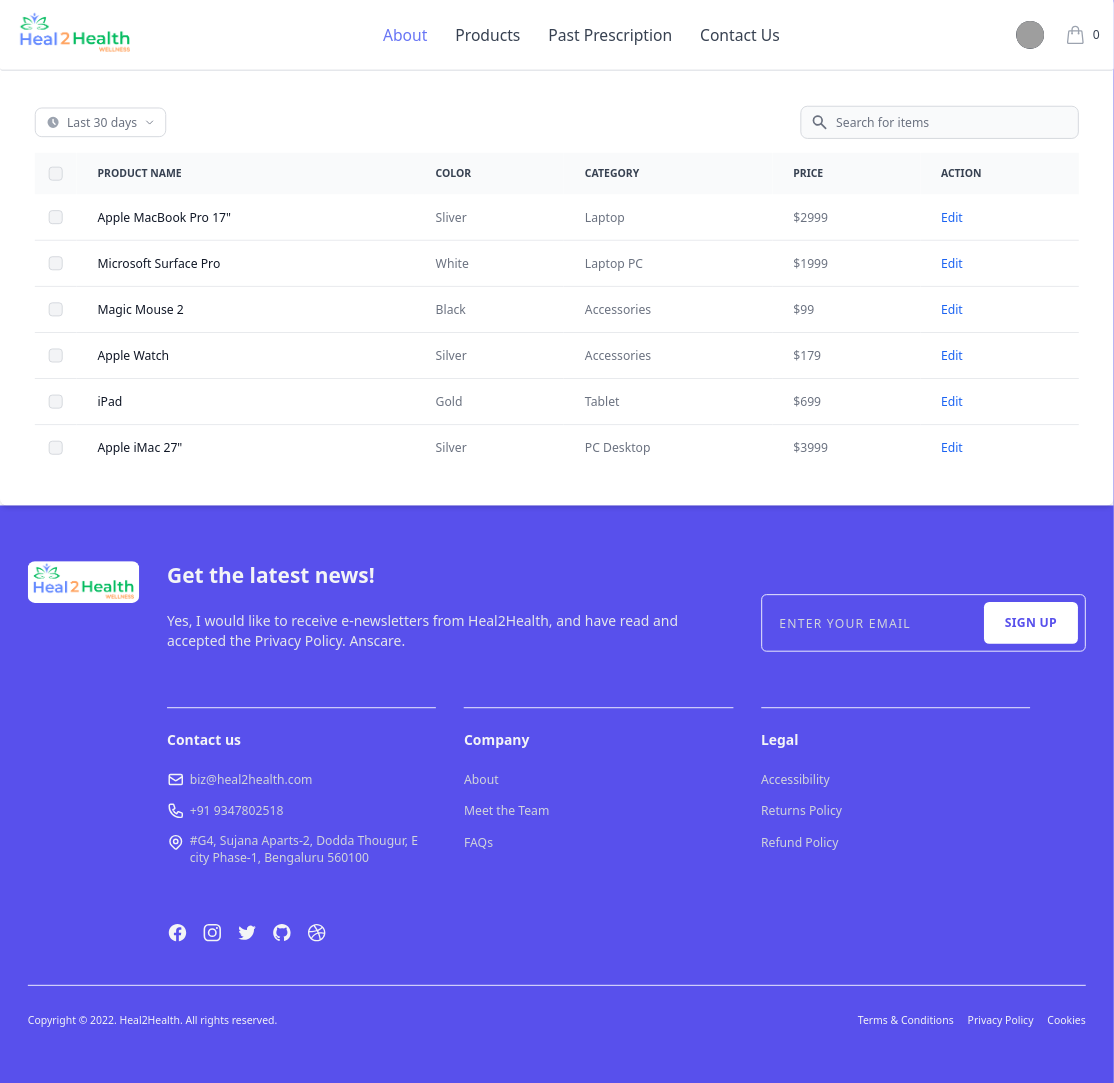
Repository: Akash123-coder/H2H
Page: /PastPrescription (app in Frontend/)
These files come from the project's save history. The page is drawn as it stood at one moment and after a run of saves; the edit follows.
The browser window is 1280 px wide. The pictures show the whole page, at 87% of full size.
Pictures or frames that could not be fetched are drawn as grey boxes. An inner scrolling area shows only its first screen. The project was rebuilt for these pictures with package versions that can differ from the ones it lists, and the page was loaded fresh each time. Also part of the build but not shown: Frontend/vite.config.ts, Frontend/src/pages/About.tsx, Frontend/src/components/Cta.jsx, Frontend/src/pages/Home.jsx, Frontend/src/components/Buttonsm.tsx, Frontend/src/components/Buttonrm.tsx, Frontend/src/components/Product.tsx, Frontend/src/pages/Prescription.jsx and 2 more.

Above is the page before, as saved 2022-09-28 16:43:40.

After the next 2 saves:
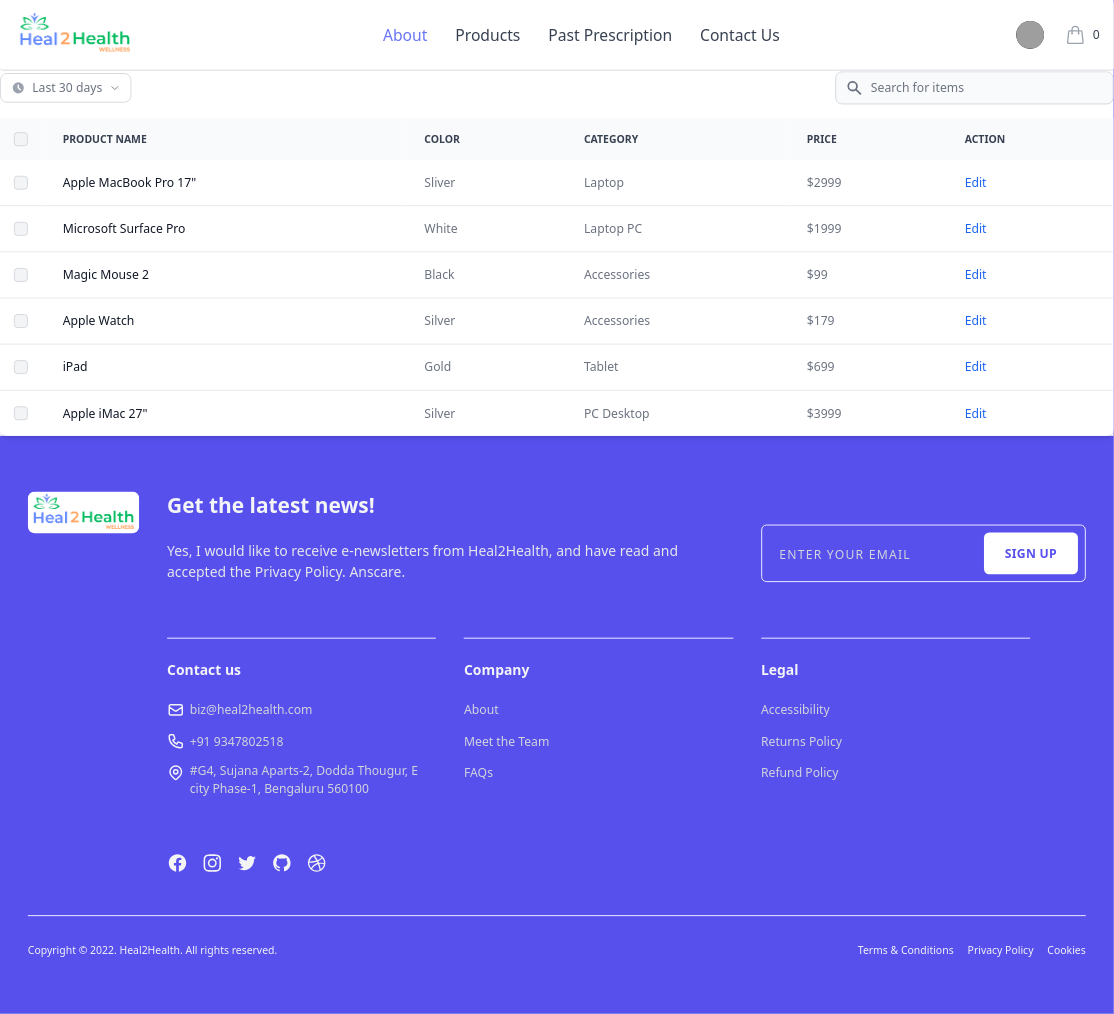
The 2 saves are shown as one change because they came seconds apart.
The last was saved 13 s later.
--- a/Frontend/src/pages/PastPrescription.jsx
+++ b/Frontend/src/pages/PastPrescription.jsx
@@ -3,7 +3,7 @@ import React from 'react'
 function PastPrescription() {
   return (
     <div>
-      <div class="overflow-x-auto relative shadow-md sm:rounded-lg p-10">
+      <div class="overflow-x-auto relative shadow-md sm:rounded-lg">
         <div class="flex justify-between items-center pb-4">
           <div>
             <button
@@ -14,7 +14,7 @@ function PastPrescription() {
             >
               <svg
                 class="mr-2 w-4 h-4 text-gray-400"
-
+                aria-hidden="true"
                 fill="currentColor"
                 viewBox="0 0 20 20"
                 xmlns="http://www.w3.org/2000/svg"
@@ -28,7 +28,7 @@ function PastPrescription() {
               Last 30 days
               <svg
                 class="ml-2 w-3 h-3"
-
+                aria-hidden="true"
                 fill="none"
                 stroke="currentColor"
                 viewBox="0 0 24 24"
@@ -45,10 +45,11 @@ function PastPrescription() {
             {/* <!-- Dropdown menu --> */}
             <div
               id="dropdownRadio"
-              class=" z-10 w-48 bg-white rounded divide-y divide-gray-100 shadow dark:bg-gray-700 dark:divide-gray-600 absolute inset m-0 translate-y-[34450px]"
+              class="hidden z-10 w-48 bg-white rounded divide-y divide-gray-100 shadow dark:bg-gray-700 dark:divide-gray-600 absolute inset m-0 translate-y-[34450px]"
               data-popper-reference-hidden=""
               data-popper-escaped=""
               data-popper-placement="bottom"
+
             >
               <ul
                 class="p-3 space-y-1 text-sm text-gray-700 dark:text-gray-200"
@@ -150,7 +151,7 @@ function PastPrescription() {
             <div class="flex absolute inset-y-0 left-0 items-center pl-3 pointer-events-none">
               <svg
                 class="w-5 h-5 text-gray-500 dark:text-gray-400"
-
+                aria-hidden="true"
                 fill="currentColor"
                 viewBox="0 0 20 20"
                 xmlns="http://www.w3.org/2000/svg"

After the save that followed:
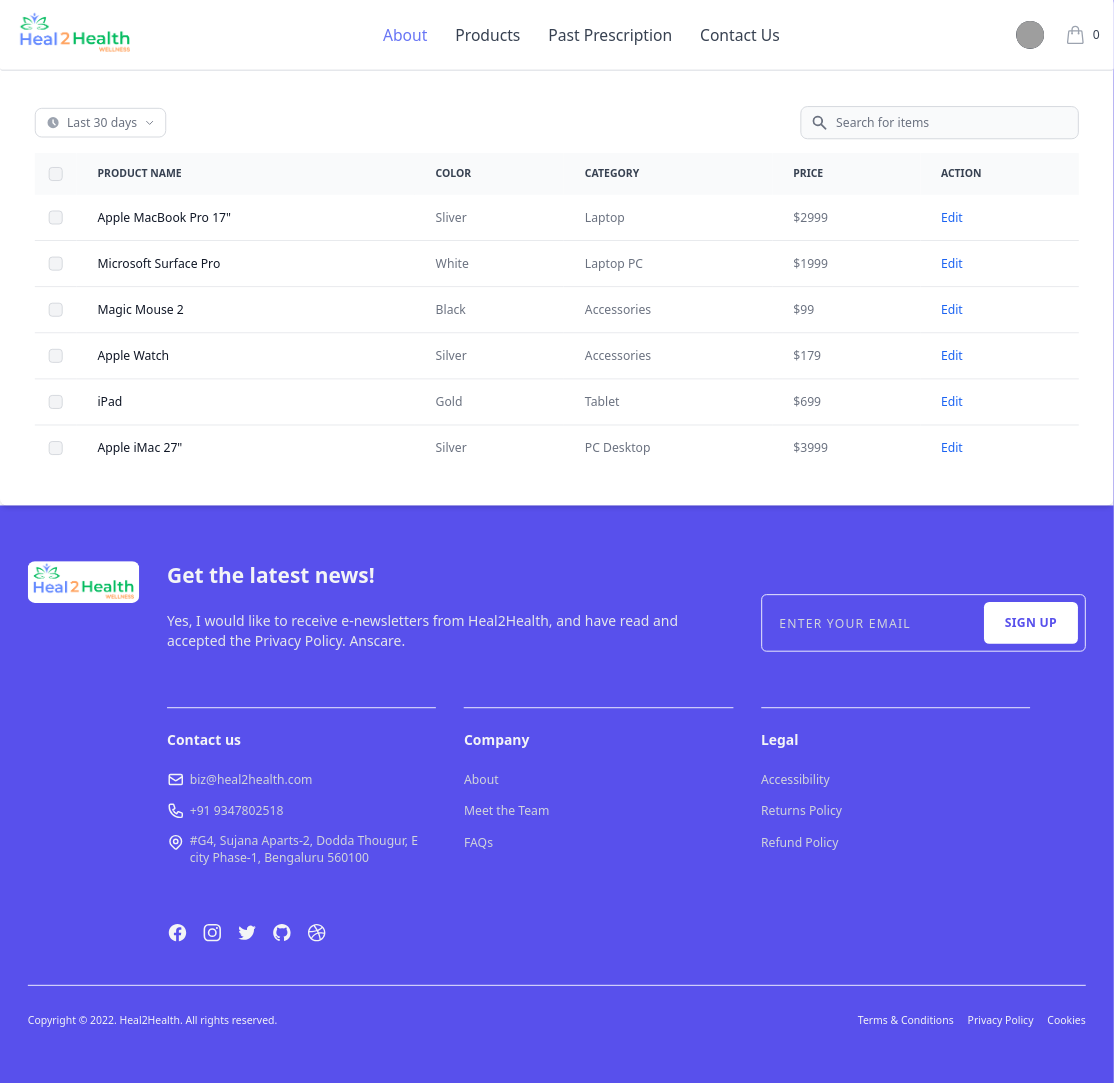
Saved 7 s later.
--- a/Frontend/src/pages/PastPrescription.jsx
+++ b/Frontend/src/pages/PastPrescription.jsx
@@ -3,7 +3,7 @@ import React from 'react'
 function PastPrescription() {
   return (
     <div>
-      <div class="overflow-x-auto relative shadow-md sm:rounded-lg">
+      <div class="overflow-x-auto relative shadow-md sm:rounded-lg p-10">
         <div class="flex justify-between items-center pb-4">
           <div>
             <button
@@ -49,7 +49,6 @@ function PastPrescription() {
               data-popper-reference-hidden=""
               data-popper-escaped=""
               data-popper-placement="bottom"
-
             >
               <ul
                 class="p-3 space-y-1 text-sm text-gray-700 dark:text-gray-200"
